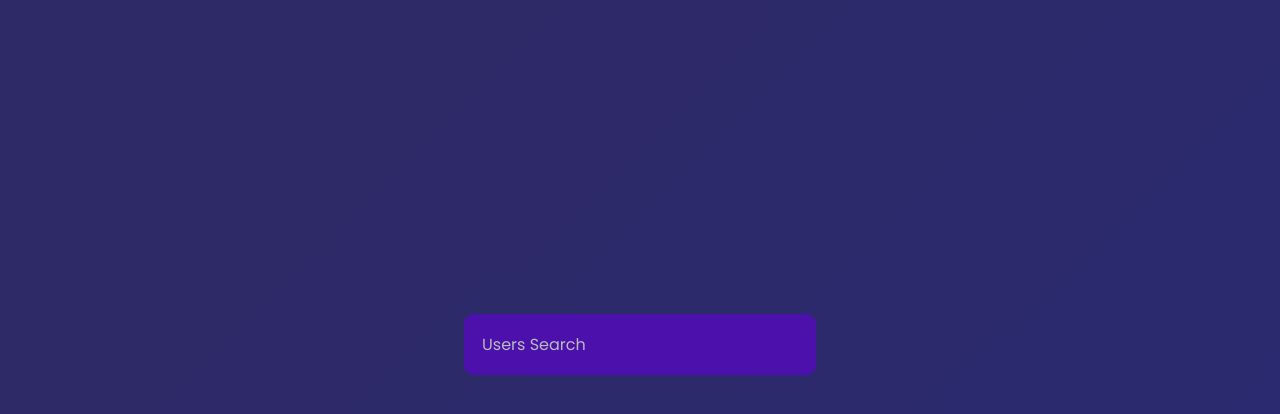
Repository: sevilgenysf/githubpersonsearch
Page: index.html
An editor plug-in stored every save of this project. The page is shown before and after the next save, followed by the edit.
The browser window is 1280 px wide. The pictures show the whole page.
The page's requests for data from a server got no answer.

Above is the page before, as saved 2022-03-14 08:28:00.

After the next save:
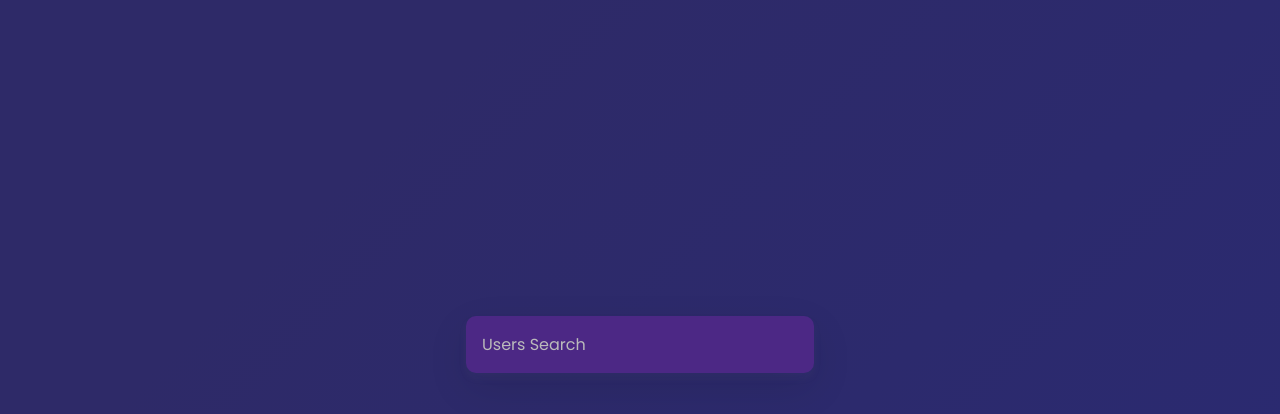
Saved 53 s later.
--- a/style.css
+++ b/style.css
@@ -1,13 +1,11 @@
-@import url('https://fonts.googleapis.com/css2?family=Poppins:wght@400;600&family=Roboto:ital,wght@0,300;0,400;0,700;1,500&display=swap');
+@import url("https://fonts.googleapis.com/css2?family=Poppins:wght@200;400;600&display=swap");
 
 * {
-	margin: 0;
-	padding: 0;
-	box-sizing: border-box;
+    box-sizing: border-box;
 }
 
 body {
-	background-color: #2a2a72;
+    background-color: #2a2a72;
     background-image: linear-gradient(315deg, #2a2a72 0%, #2e2a68 74%);
     display: flex;
     flex-direction: column;
@@ -19,75 +17,79 @@ body {
 }
 
 input {
-	background-color: #4c11ac;
-	border-radius: 10px;
-	border: none;
-	color: white;
-	font-family: inherit;
-	font-size: 1rem;
-	padding: 1rem;
-	margin-bottom: 2rem;
-	border: 2px solid #4c11ac;
+    background-color: #4c2885;
+    border-radius: 10px;
+    border: none;
+    box-shadow: 0 5px 10px rgba(154, 160, 185, 0.05),
+        0 15px 40px rgba(0, 0, 0, 0.1);
+    color: white;
+    font-family: inherit;
+    font-size: 1rem;
+    padding: 1rem;
+    margin-bottom: 2rem;
 }
 
 input::placeholder {
-	color: #bbb;
+    color: #bbb;
 }
 
 input:focus {
-	outline: none;
+    outline: none;
 }
 
 .card {
-	background-color: #4c2885;
+    background-color: #4c2885;
     background-image: linear-gradient(315deg, #4c2885 0%, #4c11ac 100%);
     border-radius: 20px;
     box-shadow: 0 5px 10px rgba(154, 160, 185, 0.05),
         0 15px 40px rgba(0, 0, 0, 0.1);
     display: flex;
-	justify-content: center;
-	align-items: center;
     padding: 3rem;
     max-width: 800px;
 }
 
 .avatar {
-	border: 3px solid #fff;
-	border-radius: 50%;
-	height: 150px;
-	width: 150px;
+    border: 10px solid #2a2a72;
+    border-radius: 50%;
+    height: 150px;
+    width: 150px;
 }
 
 .user-info {
-	color: #fff;
-	margin-left: 2rem;
+    color: #eee;
+    margin-left: 2rem;
 }
 
 .user-info h2 {
-	margin-top: 0;
-}
-
-.img-container {
-	display: flex;
-	justify-content: center;
-	align-items: center;
+    margin-top: 0;
 }
 
 .user-info ul {
-	display: flex;
-	justify-content: space-between;
-	padding: 0;
-	width: 300px;
-	list-style-type: none;
-	margin-top: 20px;
+    display: flex;
+    justify-content: space-between;
+    list-style-type: none;
+    padding: 0;
+    max-width: 400px;
 }
 
 .user-info ul li {
-	display: flex;
-	align-items: center;
+    display: flex;
+    align-items: center;
 }
 
-.user-info ul strong {
-	font-size: 0.8rem;
-	margin-left: 0.5rem;
+.user-info ul li strong {
+    font-size: 0.9rem;
+    margin-left: 0.5rem;
 }
+
+.repo {
+    background-color: #2a2a72;
+    border-radius: 5px;
+    display: inline-block;
+    color: white;
+    font-size: 0.7rem;
+    padding: 0.25rem 0.5rem;
+    margin-right: 0.5rem;
+    margin-bottom: 0.5rem;
+    text-decoration: none;
+}
